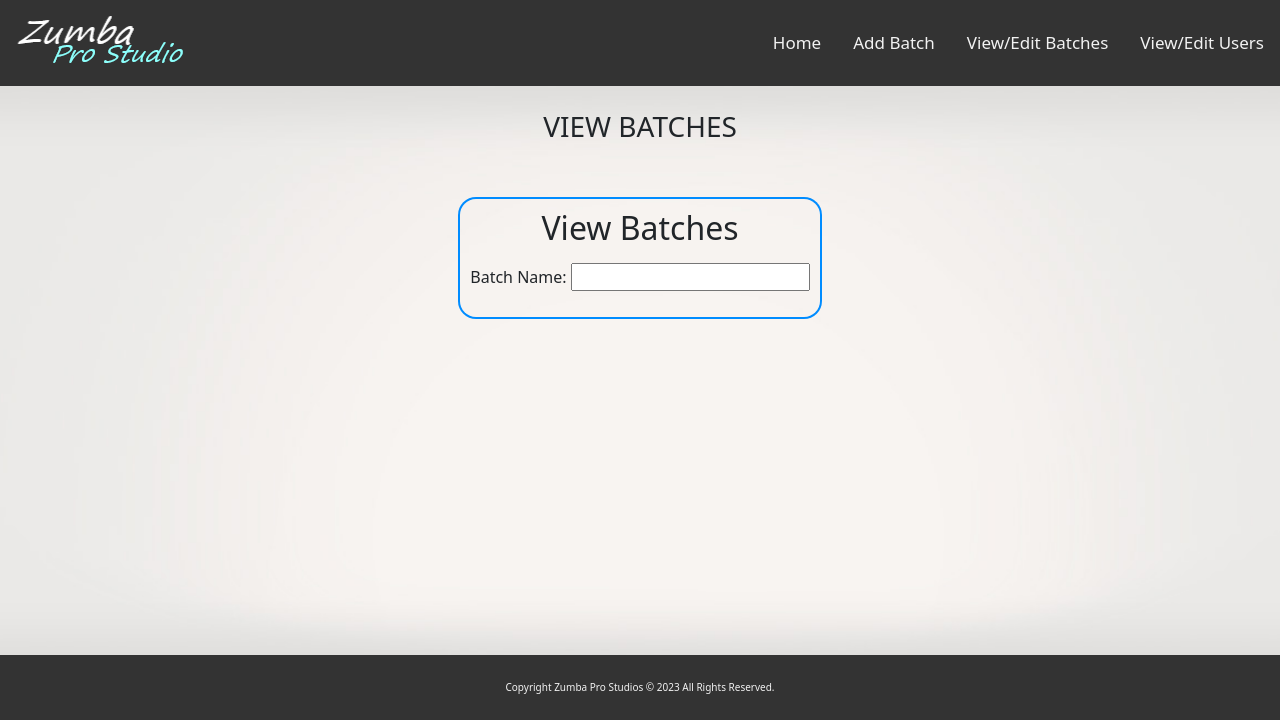
Repository: basemsamuel/Zumba
Page: http://localhost/ZumbaProStudio/admin.jsp
The author's editor kept a copy of each file at every save. The page is drawn from the files as they stood at one save, then again after the next save.
The browser window is 1280 px wide. The pictures show the whole page.
The page is served by Tomcat 10. Other server files are loaded and not shown.

Above is the page before, as saved 2023-07-31 02:01:27.

### ZumbaProStudio/src/main/webapp/admin.jsp
<jsp:include page="adminheader.jsp"></jsp:include>
<div class="mycontainer">
	<div align="center">
	<br>
	<h3>VIEW BATCHES</h3>
	<br>
	<br>
	<div>
		<table class="formtable">
			<tr>
				<td style="padding: 10px;">
					<div class='center'>
						<form style="width: 100%;" action="Login" method = "POST">
						    <h2>View Batches</h2>
						    <input type="hidden" name="htmlFormName" value="ViewBatches" />
						    <div>
						        <p>
							        <div class='right'>
							            <label for="name">Batch Name:</label>
							            <input type="text" id="name" name="name">
							        </div>
						        </p>
						    </div>
						</form>
					</div>

				</td>
			</tr>
		</table>
		<br>
		<div class="emsg">
			<p>
				${listerrorMessage}
			</p>
		</div>
	</div>
</div>

<jsp:include page="footer.jsp"></jsp:include>

### ZumbaProStudio/src/main/webapp/adminheader.jsp
<html lang="en">

<head>
    <meta charset="UTF-8">
    <meta http-equiv="X-UA-Compatible" content="IE=edge">
    <meta name="viewport" content="width=device-width, initial-scale=1.0">
    <title>Document</title>
    <link href="https://cdn.jsdelivr.net/npm/bootstrap@5.1.3/dist/css/bootstrap.min.css" rel="stylesheet" integrity="sha384-1BmE4kWBq78iYhFldvKuhfTAU6auU8tT94WrHftjDbrCEXSU1oBoqyl2QvZ6jIW3" crossorigin="anonymous">
    <link rel="stylesheet" type="text/css" href="css/styles.css" />
</head>

<body>
	 <div class="topnav">
		<img src="images/logo.png" alt="Zumba Pro Studio">
		<!-- <a class="active" href="#home">Home</a> -->
		<a href="adminusers.jsp">View/Edit Users</a>
		<a href="admin.jsp">View/Edit Batches</a>
		<a href="addbatch.jsp">Add Batch</a>
		<a href="index.jsp">Home</a>
	</div>

### ZumbaProStudio/src/main/webapp/footer.jsp
<footer>
	Copyright Zumba Pro Studios © 2023 All Rights Reserved.
</footer>
</body>
</html>

### ZumbaProStudio/src/main/webapp/css/styles.css
		.topnav {
			 background-color: #333;
			 overflow: hidden;
				}

		/* Style the links inside the navigation bar */
		.topnav a {
			 float: right;
			 color: #f2f2f2;
			 text-align: center;
			 padding: 30px 16px;
			 text-decoration: none;
			 font-size: 17px;
		}

		.topnav img {
			 float: left;
			 color: #f2f2f2;
			 text-align: center;
			 padding: 14px 16px;
			 text-decoration: none;
			 font-size: 17px;
			 height: 80px;
		}

		/* Change the color of links on hover */
		.topnav a:hover {
			 background-color: #ddd;
			 color: black;
		}

		/* Add a color to the active/current link */
		.topnav a.active {
			 background-color: #04AA6D;
			 color: white;
		}

		footer {
		    background-color: #333;
		    color: #f2f2f2;
		    grid-area: footer;
		    width: 100%;
		    position: absolute;
  			bottom: 0;
  			padding: 25px;
  			text-align: center;
  			font-size: 10px;
		}

		.centerimage {
			height: 100%;
			width: auto;
			display: block;
			margin-left: auto;
			margin-right: auto;

		}

		.center {
			text-align: center;
		}
		.right {
			text-align: right;
		}

		.formtable {
			border-collapse: collapse;
			border-radius: 16px;
			box-shadow: 0 0 0 2px rgb(0, 140, 255);
		}

		.mycontainer {
			height: calc(100% - 150px);
			width: 100%;
			background-image: url('../images/bg.jpg');
			background-color: #333; /* Used if the image is unavailable */
			background-position: center; /* Center the image */
			background-repeat: no-repeat; /* Do not repeat the image */
			background-size: cover; /* Resize the background image to cover the entire container */
		}

		.emsg {
			font-size: 13px;
			color: #FF0000;
		}

After the next save:
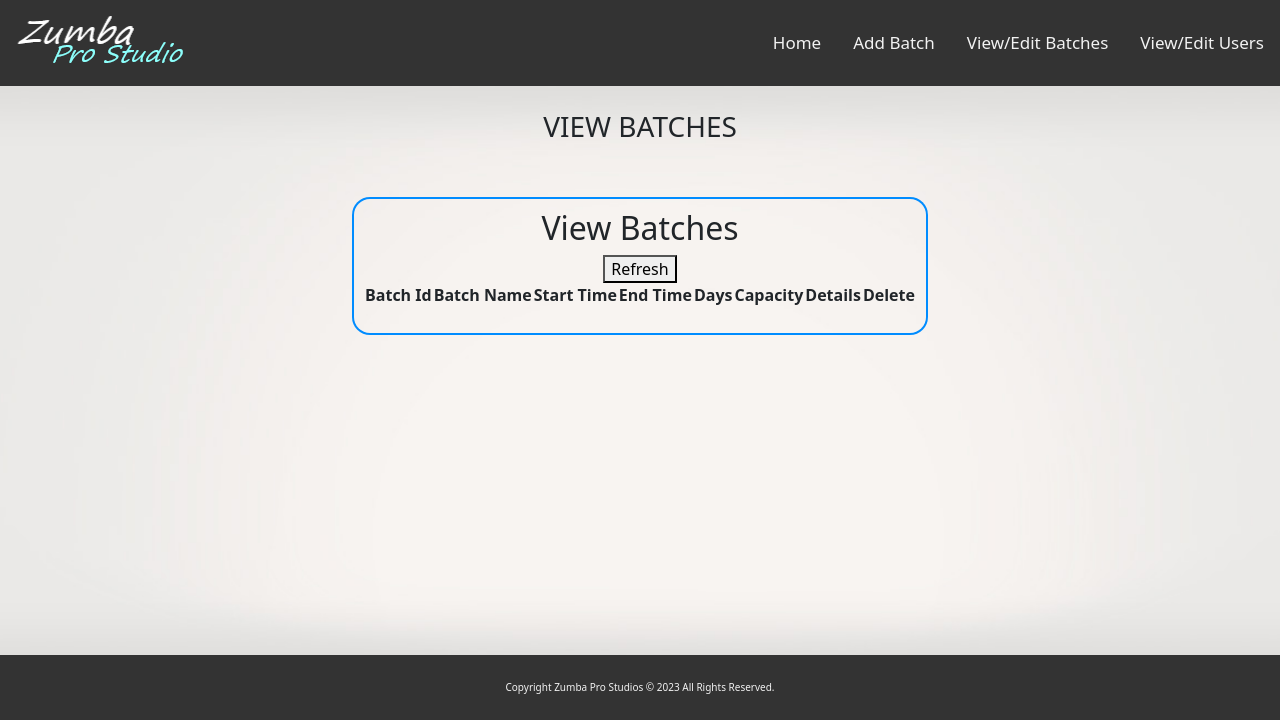
Saved 3 min 4 s later.
--- a/ZumbaProStudio/src/main/webapp/admin.jsp
+++ b/ZumbaProStudio/src/main/webapp/admin.jsp
@@ -13,14 +13,19 @@
 						<form style="width: 100%;" action="Login" method = "POST">
 						    <h2>View Batches</h2>
 						    <input type="hidden" name="htmlFormName" value="ViewBatches" />
-						    <div>
-						        <p>
-							        <div class='right'>
-							            <label for="name">Batch Name:</label>
-							            <input type="text" id="name" name="name">
-							        </div>
-						        </p>
-						    </div>
+						    <button type="submit" value="Submit">Refresh</button>
+						    <table>
+						    	<tr>
+							    	<th>Batch Id</th>
+							    	<th>Batch Name</th>
+							    	<th>Start Time</th>
+							    	<th>End Time</th>
+							    	<th>Days</th>
+							    	<th>Capacity</th>
+							    	<th>Details</th>
+							    	<th>Delete</th>
+						    	</tr>
+						    </table>
 						</form>
 					</div>
 
